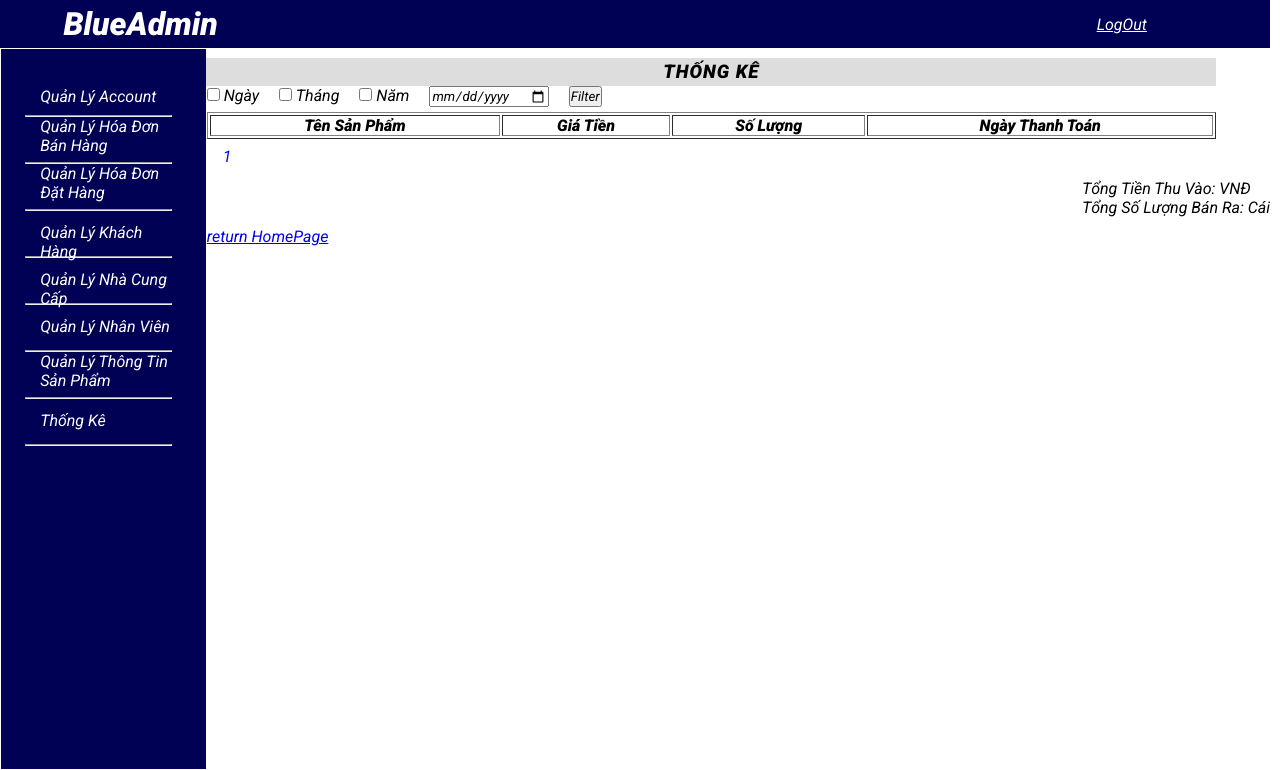
Repository: ngan429/WebsiteLaptop
Page: http://localhost/WebsiteLapTop/viewsnhanvien/ThongKeDB.jsp
The author's editor kept a copy of each file at every save. The page is drawn from the files as they stood at one save, then again after the next save.
The browser window is 1280 px wide. The pictures show the whole page.
Some web libraries are served in a nearby version. The page is served by Tomcat 9. Other server files are loaded and not shown. The template is opened directly, without the code that normally fills it, so the values that code supplies are empty.

Above is the page before, as saved 2021-12-02 16:00:53.
Console error: SyntaxError: Invalid or unexpected token
Not found: DoAnLapTop/WebsiteLapTop/WebsiteLapTop/css/

### DoAnLapTop/WebsiteLapTop/WebContent/viewsnhanvien/ThongKeDB.jsp
<%@ page language="java" contentType="text/html; charset=UTF-8"
	pageEncoding="UTF-8"%>
<%@ taglib uri="http://java.sun.com/jsp/jstl/core" prefix="c"%>
<%@ taglib uri="http://java.sun.com/jsp/jstl/sql" prefix="sql"%>
<!DOCTYPE html>
<html lang="vn">
<head>
<meta charset="UTF-8">
<meta http-equiv="X-UA-Compatible" content="IE=edge">
<meta name="viewport" content="width=device-width, initial-scale=1.0">
<title>Thống Kê</title>
<link rel="stylesheet"
	href="<%=request.getContextPath()%>/css/SanPham.css">
<style>
.menunv {
	margin: 1px;
	float: left;
	width: 16%;
	padding: 16px;
	min-height: 500px;
	background: #000055;
	height: 100vh
}
/* Next and Previous */
.nextprevious {
	text-decoration: none;
	display: inline-block;
	padding: 8px 16px;
}

.nextprevious:hover {
	background-color: #ddd;
	color: black;
}

.previous {
	background-color: #f1f1f1;
	color: black;
}

.next {
	background-color: #04AA6D;
	color: white;
}

.round {
	border-radius: 50%;
}

.nextpreviouscancel {
	text-decoration: none;
	display: inline-block;
	padding: 8px 16px;
	opacity: 0.5;
}

.nextpreviouscacel:hover {
	background-color: #ddd;
	color: black;
}

.show_product table {
	width: 100%;
}
/* Filter */
.check-filter {
	display: flex;
}

.check-filter .filter {
	margin-right: 20px;
}
</style>
<script type="text/javascript">
		src="<%=request.getContextPath()%>
	/js/SanPham.js">
</script>
</head>
<body>
	<form action="ThongKeDB" method="post">
		<!-- header -->
		<div class="headernv">
			<jsp:include page="/viewsnhanvien/Header.jsp" />
		</div>
		<div class="menunv">
			<jsp:include page="/viewsnhanvien/Menu.jsp" /></div>
		<section class="body_product">
			<div class="container">
				<div class="title">

					<c:if test="${ngaycheck!=1 && thangcheck!=2 && namcheck!=3}">
						<h3>Thống Kê</h3>
					</c:if>
					<c:if test="${ngaycheck==1}">
						<h3>Thống Kê Ngày</h3>
					</c:if>
					<c:if test="${thangcheck==2}">
						<h3>Thống Kê Tháng</h3>
					</c:if>
					<c:if test="${namcheck==3}">
						<h3>Thống Kê Năm</h3>
					</c:if>
				</div>
				<div class="check-filter">
					<div class="filter">
						<input type="checkbox" id="ngaycheck" name="ngaycheck" value="1">
						<label for="ngaycheck">Ngày</label>
					</div>
					<div class="filter">
						<input type="checkbox" id="thangcheck" name="thangcheck" value="2">
						<label for="thangcheck">Tháng</label>
					</div>
					<div class="filter">
						<input type="checkbox" id="namcheck" name="namcheck" value="3">
						<label for="namcheck">Năm</label>
					</div>

					<div class="filter">
						<input type="date" id="ngaythangnam" name="ngaythangnam">
						<label for="ngaythangnam"></label>
					</div>
					<button type="submit">Filter</button>
				</div>


				<div class="show_product">
					<table border=1>
						<tr>
							<th>Tên Sản Phẩm</th>
							<th>Giá Tiền</th>
							<th>Số Lượng</th>
							<th>Ngày Thanh Toán</th>

						</tr>
						<c:forEach items="${listfilter}" var="filter" begin="${start }"
							end="${start+9}">
							<tr>
								<td>${filter.tenSP}</td>
								<td>${filter.giaSP}</td>
								<td>${filter.soLuong}</td>
								<td>${filter.ngaylaphoadonbanhang}</td>
							</tr>
						</c:forEach>
					</table>


					<c:if test="${start>0}">
						<a class="nextprevious" href="AccountDB?start=${start-10}"
							class="previous">&laquo; Previous</a>

					</c:if>
					<c:if test="${start<=0}">
						<p class="nextpreviouscancel">&laquo; Previous</p>
					</c:if>


					<a class="nextprevious" href="AccountDB?start=0">1</a>
					<c:if test="${end%10!=0}">
						<c:forEach var="size" begin="2" end="${(end/10)+1}">
							<a class="nextprevious" href="AccountDB?start=${((size-1)*10)}">${size}</a>
						</c:forEach>
					</c:if>
					<c:if test="${end%10==0}">
						<c:forEach var="size" begin="2" end="${(end/10)}">
							<a class="nextprevious" href="AccountDB?start=${((size-1)*10)}">${size}</a>
						</c:forEach>
					</c:if>

					<c:if test="${start<=end-11}">
						<a class="nextprevious" href="AccountDB?start=${start+10}"
							class="next">Next &raquo;</a>
					</c:if>
					<c:if test="${start>end-11}">
						<p class="nextpreviouscancel">Next &raquo;</p>
					</c:if>


				</div>
			</div>
			<div style="display:flex;justify-content: right; margin-right:10px ">
			<div>
				<p>Tổng Tiền Thu Vào: ${tongtien} VNĐ</p>
				<p>Tổng Số Lượng Bán Ra: ${tongsoluong} Cái</p></div>
			</div>
		</section>
		<a href="HomePageDB">return HomePage</a>
		<!-- end Body product discount -->

		<script src="https://kit.fontawesome.com/03bca92048.js"
			crossorigin="anonymous"></script>
	</form>
</body>
</html>

### DoAnLapTop/WebsiteLapTop/WebContent/viewsnhanvien/Header.jsp
<%@ page language="java" contentType="text/html; charset=UTF-8"
	pageEncoding="UTF-8"%>
<%@ taglib uri="http://java.sun.com/jsp/jstl/core" prefix="c"%>
<%@ taglib uri="http://java.sun.com/jsp/jstl/sql" prefix="sql"%>
<!DOCTYPE html>
<html lang="vn">
<head>
<meta charset="UTF-8">
<meta http-equiv="X-UA-Compatible" content="IE=edge">
<meta name="viewport" content="width=device-width, initial-scale=1.0">
<script src="https://kit.fontawesome.com/yourcode.js"
	crossorigin="anonymous"></script>
<link rel="stylesheet"
	href="fontawesome-free-5.15.1-web/css/all.min.css" />
<link rel="stylesheet"
	href="https://cdnjs.cloudflare.com/ajax/libs/font-awesome/5.15.1/css/all.min.css" />

<title>Header</title>
<link rel="stylesheet"
	href="<%=request.getContextPath()%>/css/SanPham.css">

<script type="text/javascript">
		src="<%=request.getContextPath()%>
	/js/SanPham.js">
</script>
<style type="text/css">
.container{
max-width: 90%;
}
button#timkiem {
	border: black;
}
header{
    background: #000055;

}
i.fas.fa-search.fa-2x {
	background: white;
}
.container .content_header a {
    color: white;
}
</style>
</head>
<body>
	<header>
		<div class="container">
			<div class="content_header">
				<h1 style="color:white" class="logo">BlueAdmin</h1>
				<div class="menu_header">
					<nav>
						<ul class="nav_link">

							<li></li>
						</ul>
					</nav>
				</div>
				<div class="card_header">
					<div class="card">
						<a href="/WebsiteLapTop/LoginServlet"> LogOut</a>
					</div>
				</div>
			</div>
		</div>
		<div></div>
	</header>
</body>
</html>

### DoAnLapTop/WebsiteLapTop/WebContent/viewsnhanvien/Menu.jsp
<%@ page language="java" contentType="text/html; charset=UTF-8"
	pageEncoding="UTF-8"%>
<%@ taglib uri="http://java.sun.com/jsp/jstl/core" prefix="c"%>
<%@ taglib uri="http://java.sun.com/jsp/jstl/sql" prefix="sql"%>
<!DOCTYPE html>
<html lang="vn">
<head>
<meta charset="UTF-8">
<meta http-equiv="X-UA-Compatible" content="IE=edge">
<meta name="viewport" content="width=device-width, initial-scale=1.0">
<script src="https://kit.fontawesome.com/yourcode.js"
	crossorigin="anonymous"></script>
<link rel="stylesheet"
	href="fontawesome-free-5.15.1-web/css/all.min.css" />
<link rel="stylesheet"
	href="https://cdnjs.cloudflare.com/ajax/libs/font-awesome/5.15.1/css/all.min.css" />

<title>Header</title>
<link rel="stylesheet" href="<%=request.getContextPath()%>/css/">

<script type="text/javascript">
		src="<%=request.getContextPath()%>
	/js/SanPham.js">
</script>
<style type="text/css">
header {
	background: #000055;
	margin-right: 10px
}

.container .row ul a {
	color: white
}

.list-menu {
	height: 45px;
	padding-left: 15px;
}

.list {
	text-decoration: none;
}
</style>
</head>
<body>
	<header>
		<div class="container">
			<div style="list-style-type: none" class="row">
				<ul style="list-style-type: none;">
					<li class="list-menu" style="padding-top: 17px"><a
						class="list" href="AccountDB">Quản Lý Account</a></li>
					<hr />
					<li class="list-menu"><a class="list" href="HoaDonBanHangDB">Quản
							Lý Hóa Đơn Bán Hàng</a></li>
					<hr />
					<li class="list-menu"><a class="list" href="HoaDonDatHangDB">Quản
							Lý Hóa Đơn Đặt Hàng</a></li>
					<hr />
					<li class="list-menu" style="padding-top: 12px"><a class="list" href="KhachHangDB">Quản
							Lý Khách Hàng</a></li>
					<hr />
					<li class="list-menu" style="padding-top: 12px"><a class="list" href="NhaCungCapDB">Quản
							Lý Nhà Cung Cấp</a></li>
					<hr />
					<li class="list-menu" style="padding-top: 12px"><a class="list" href="NhanVienDB">Quản
							Lý Nhân Viên</a></li>
					<hr />
					<li class="list-menu"><a class="list" href="ThongTinSanPhamDB">Quản
							Lý Thông Tin Sản Phẩm</a></li>
					<hr />
					<li class="list-menu" style="padding-top: 12px"><a class="list" href="ThongKeDB">Thống
							Kê</a></li>
					<hr />
				</ul>
			</div>
		</div>
	</header>
</body>
</html>

### DoAnLapTop/WebsiteLapTop/WebContent/css/SanPham.css
@charset "UTF-8";
@import url('https://fonts.googleapis.com/css2?family=Roboto:ital,wght@1,400;1,900&display=swap');
*{
    font-family: 'Roboto', sans-serif;
    margin: 0;
    padding: 0;
    box-sizing: border-box;
}
/*header*/
.container{
    /* mặc định là 1140px */
    max-width: 1140px;
    margin: 0 auto;
}
header{
    background: rgb(98, 217, 238);
    padding: 5px 0;
}
.search{
    height:  50px;
    width: 600px;
    background-color: #fff;
    margin-left: 250px;
    border-radius: 8px;
}
.search input{
    width:550px ;
    height: 46px;
    border-radius: 8px;
    font-size: large;
    border: 0px;
    padding-left: 20px;
}

.search button img{
    width: 25px;
    height: auto;
    vertical-align: middle;
    border: 0px;
}
/*flex basis dùng quy định chiều rộng của flexbox*/
header .container .content_header{
    display: flex;
    align-items: center;
}
header .container .content_header .logo_header{
    flex-basis: 10%;
}
header .container .content_header .menu_header{
    flex-basis: 80%;
}
header .container .content_header .card_header{
    flex-basis: 10%;
}
header .container .content_header .card_header .card{
    position: relative;
    width: 40px;
    cursor: pointer; /*Thuộc tính cursor hiển thị con trỏ chuột khi duy chuyển con trỏ vào thành phần dạng pointer*/
    display: flex;
}

header .container .content_header .menu_header nav .nav_link li{
    display: inline-block;
    list-style: none;
    margin: 0 20px;
}
header .container .content_header .menu_header nav .nav_link li a{
    text-decoration: none;
    color: #000;
    font-weight: 400;
}
header .container .content_header .menu_header nav .nav_link li a:hover{
    text-decoration: underline;
}
header .container .content_header .card_header{
    flex-basis: 10%;
}

/*body slide*/
.slide_body .container .container_slide{
    position: relative;
    width: 100%;
    overflow: hidden; /*Cắt bớt phần tràn trong hình cuộn */
    padding: 20px 0;
}
.slide_body .container .container_slide .slides{
    width: 100%;
    display: flex;
}
.slide_body .container .container_slide .slides .item{
    min-width: 100%;
}
.slide_body .container .container_slide .slides .item img{
    width: 100%;
    display: block;
    height: 100%;
    object-fit: none; /*Định dạng hình ảnh trên web*/
}
.slide_body .container .container_slide .next,.prev{    /*Định dạng nút */
    position: absolute;
    top: 50%;
    padding: 10px 15px;
    background: #000;
    color: rgb(194, 243, 81);
    transform: translateY(-50%);
    cursor: pointer;
}
.slide_body .container .container_slide .next:hover,.prev:hover{
    background: saddlebrown; /*ảnh full */
}
.slide_body .container .container_slide .next{
    right: 0;
}

/* Body_selling products  */
.body_product{
    padding: 10px 0;
}
.body_product .container .title{
    width: 100%;
    text-align: center;
    background: #ddd;
    padding-top: 3px;
    padding-bottom: 3px;
}
.body_product .container .title h3{
    text-transform: uppercase;
    font-weight:600;
    letter-spacing: 1px; /*Khoang cách ký tự*/
}
.body_product .container .show_product{
    margin: 5px 0;
    display: flex;
    flex-wrap: wrap;
    align-items: center;
}
.body_product .container .show_product .card {
    flex-basis: 18%;
    margin: 10px 5px;
}
.body_product .container .show_product .card .items{
    position: relative;
    display: block;
    padding: 20px;
    border-radius: 10px;
    border: 1px solid rgb(46, 134, 235);
    height: 270px;
}

.body_product .container .show_product .card .items .image img{
    width: 100%;
    align-items: center;
}
.body_product .container .show_product .card .items .text {
    text-align: center;
    padding: 5px 0;
}
.body_product .container .show_product .card .items .text h3{
    font-weight: 500;
    font-size: 20px;
    height: 98px;
}
.body_product .container .show_product .card .items .text p{
    font-weight: 600;
    margin: 5px 0;
    color: #FF0040;
}
.body_product .container .show_product .card .items .button{
    position: absolute;
    top: 100%;
    left: 50%;
    width: 100%;
    transform: translate(-50%,-50%);
    text-align: center;
    opacity: 0;
    transition: 0.5s ease-out;
}
.body_product .container .show_product .card .items:hover .button{
    opacity: 1;
    top: 50%;
}
.body_product .container .show_product .card .items .button a{
    display: inline-block;
    margin: 0 5px;
    padding: 10px 15px;
    background:#2E2EFE;
    color: #ffff;
    border-radius: 20px;
    text-decoration: none;
    transition: 0.5s;
}
.body_product .container .show_product .card .items .button a:hover{
    background: #FE2E64;
}
/*Body_discount products */
.body_product.discount .show_product .card .items .text span{
    color: #FF0040;
    font-weight: 600;
}
.body_product.discount .show_product .card .items .text span s{
    font-weight: 300;
}
.body_product.discount .show_product .card .items span.discount{
    width: 50px;
    height: 50px;
    background: #FF0040;
    display: flex;
    align-items: center;
    justify-content: center;
    font-size: 18px;
    color: #ffffff;
    border-radius: 50%;
    box-shadow: 3px 3px 5px #FF0040;
    position: absolute;/* Đưa discount lên đầu */
    top: -10px;
    right: 0;
}
/* footer */
footer{
    background: rgb(98, 217, 238);
    padding: 15px 0 0 0;
}
footer .container .row{
    display: flex;
    flex-wrap: wrap;
    justify-content: space-evenly;
}
footer .container .row .col{
    flex-basis: 20%;
    padding: 0 15px;
}
footer p.copyriht{
    text-align: center;
    padding: 10px 0;
    margin: 0;
    background: #000;
    color: #fff;
    font-size: 12px;
}
footer .container .row .col img{
    margin: 10px 0;
}
footer .container .row .col .name_website{
    font-size: 32px;
    font-weight: 600;
    text-transform: uppercase;
    letter-spacing: 1px;
}
footer .container .row .col p{
    font-size: 14px;
    word-break: break-all;
}
footer .container .row .col ul{
    list-style: none;
}
footer .container .row .col ul li{
    margin: 10px 0;

}
footer .container .row .col .title{
    color: #111010;
    letter-spacing: 1px;
    display: inline-block;
    list-style: none;
}
footer .container .row .col ul li a{
    text-decoration: none;
    color: #111010;
    font-size: 0.9rem;
    display: inline-block;
    list-style: none;
}
footer .container .row .col ul li a:hover{
    text-decoration: underline;
}

After the next save:
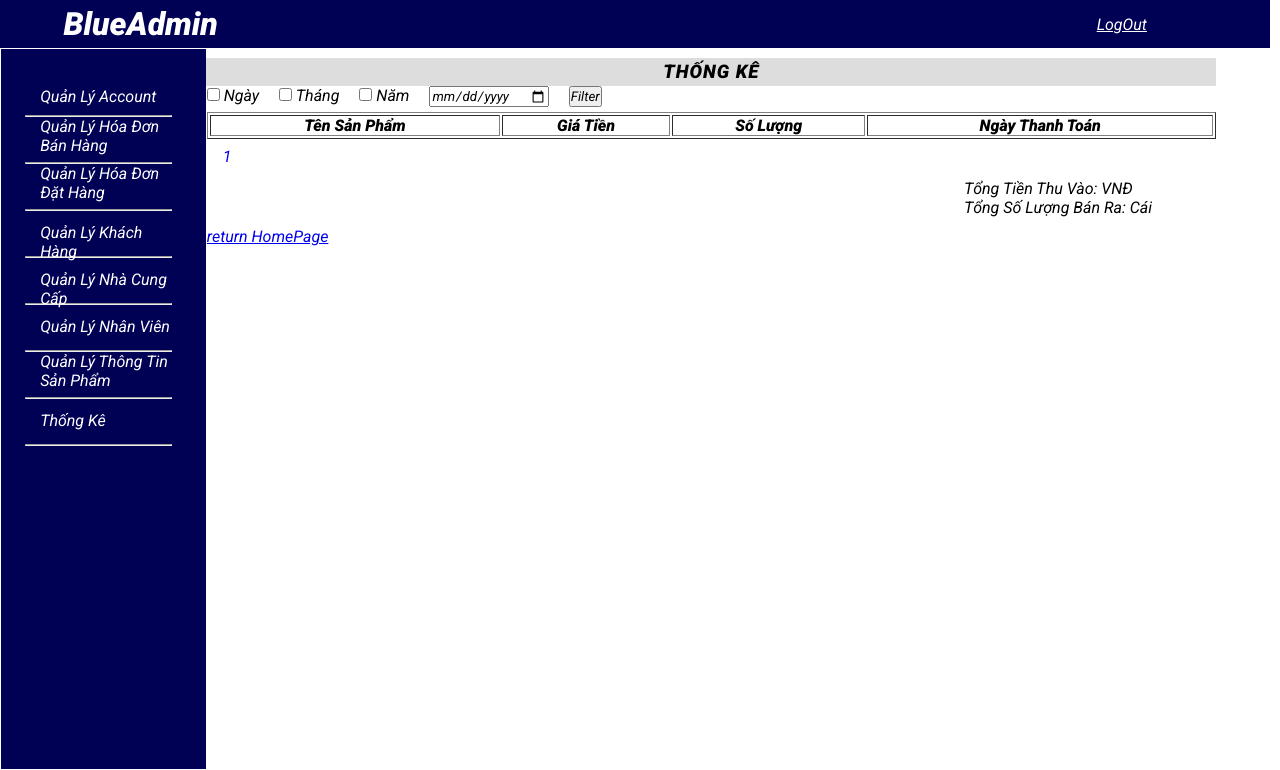
Saved 8 s later.
--- a/DoAnLapTop/WebsiteLapTop/WebContent/viewsnhanvien/ThongKeDB.jsp
+++ b/DoAnLapTop/WebsiteLapTop/WebContent/viewsnhanvien/ThongKeDB.jsp
@@ -177,7 +177,7 @@
 
 				</div>
 			</div>
-			<div style="display:flex;justify-content: right; margin-right:10px ">
+			<div style="display:flex;justify-content: right; margin-right:10% ">
 			<div>
 				<p>Tổng Tiền Thu Vào: ${tongtien} VNĐ</p>
 				<p>Tổng Số Lượng Bán Ra: ${tongsoluong} Cái</p></div>
